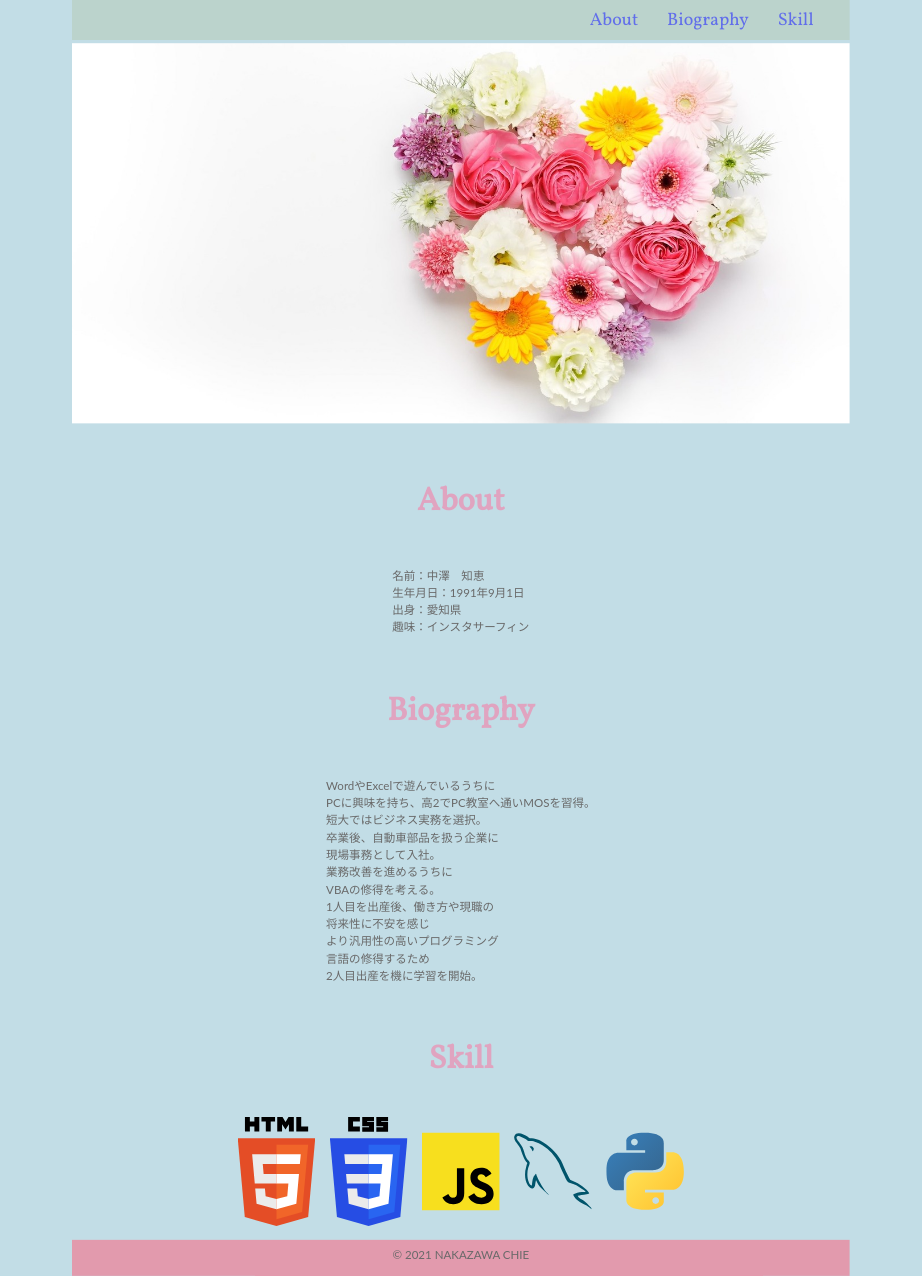
Repository: Chi-mame/Portfolio
Page: home.html
The author's editor kept a record of every edit. The page is drawn from the files as they stood at one moment, then again after the next edit.
The browser window is 1280 px wide. The pictures show the whole page, at 72% of full size.

Above is the page before.

After the next edit:
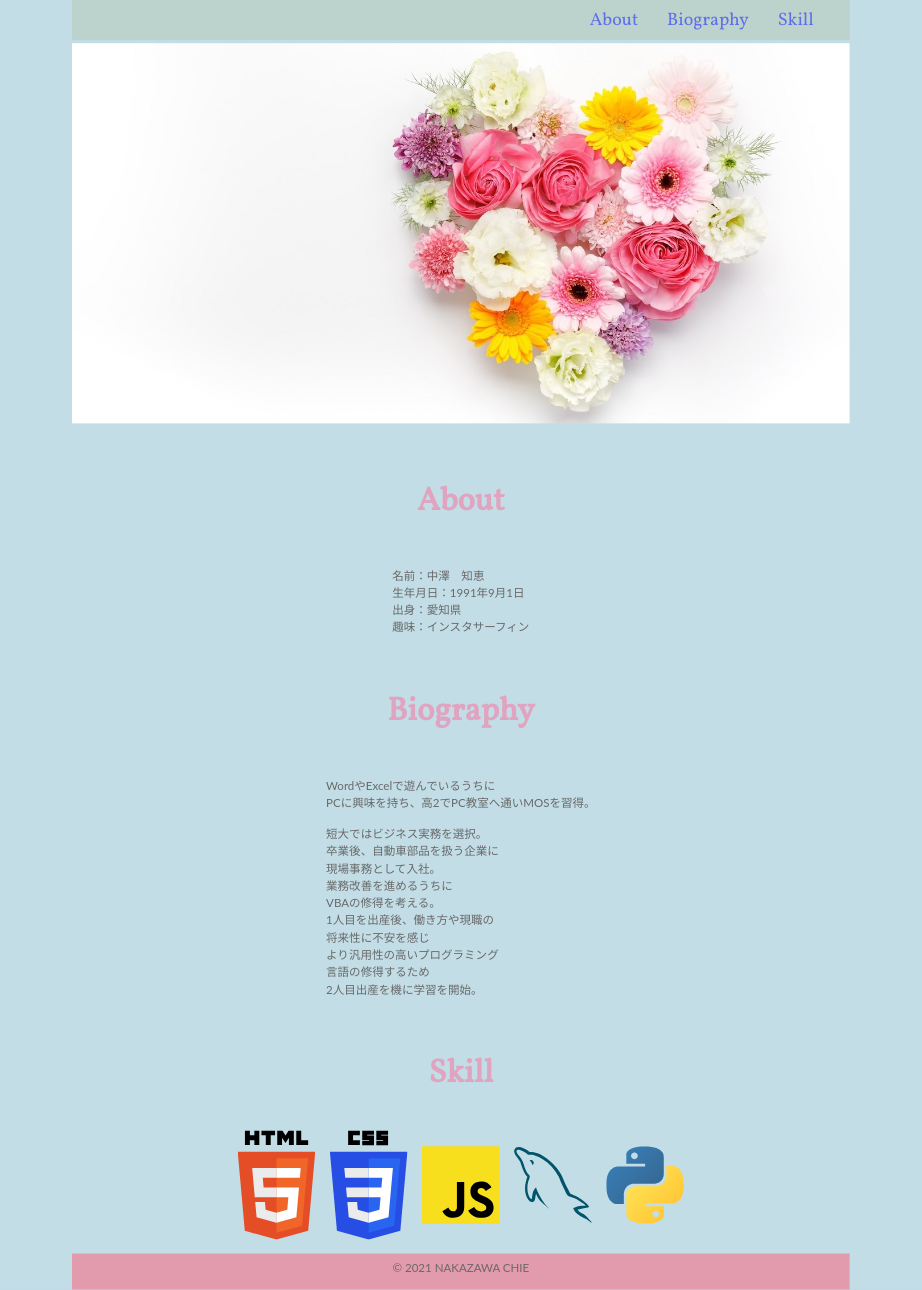
The edit:
--- a/home.html
+++ b/home.html
@@ -32,7 +32,7 @@
           <section id="jump_biography">
               <h1>Biography</h1>
               <p>WordやExcelで遊んでいるうちに<br>
-              PCに興味を持ち、高2でPC教室へ通いMOSを習得。<br>
+              PCに興味を持ち、高2でPC教室へ通いMOSを習得。<br><br>
               短大ではビジネス実務を選択。<br>
               卒業後、自動車部品を扱う企業に<br>現場事務として入社。<br>
               業務改善を進めるうちに<br>VBAの修得を考える。<br>
